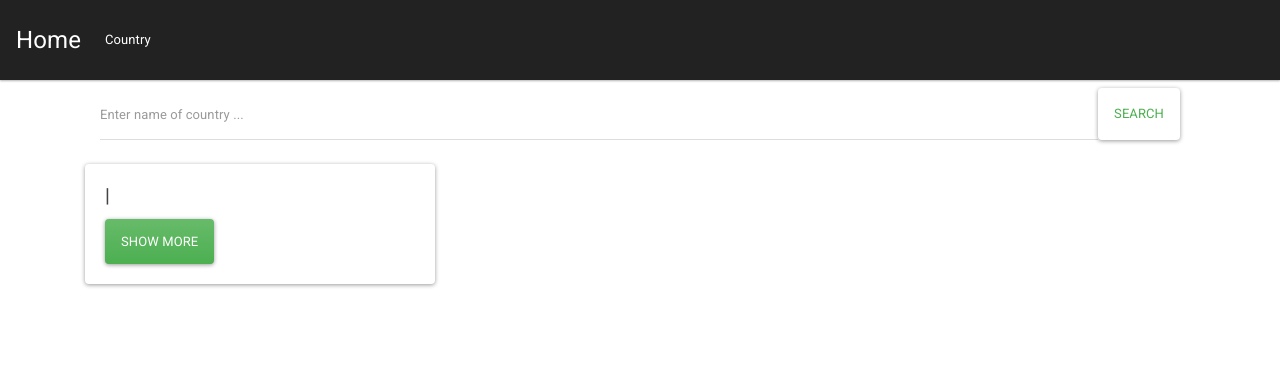
Repository: abdelhak-f/Countries_React
Page: / (app in client/)
The author's editor kept a copy of each file at every save. The page is drawn from the files as they stood at one save, then again after the next save.
The browser window is 1280 px wide. The pictures show the whole page.
The page's requests for data from a server got no answer. The project was rebuilt for these pictures with package versions that can differ from the ones it lists, and the page was loaded fresh each time. No one was signed in, and anything a server would have sent is missing. Also part of the build but not shown: client/src/components/countrys/ProfilCountry.jsx.

Above is the page before, as saved 2021-05-11 12:26:12.

### client/src/App.js
import  React from 'react';
import './App.css';
import Countries from  './components/AllCountries';
import  Navbar from './components/partials/Navbar';
import ProfileCountry from './components/countrys/ProfilCountry'
import { BrowserRouter as Router, Switch, Route} from 'react-router-dom';

function App() {
  return (
    <Router>
    <div className="App">
      <Navbar />
      <div className="container">
      <Switch>
       <Route exact path="/" component={Countries} />
       <Route path="/" component={ProfileCountry}/>
      {/* <ProfileCountry/>
      <Countries /> */}
    </Switch>
      </div>
    </div>
    </Router>
  );
}

export default App;

### client/src/components/AllCountries.jsx
import React, { Component } from 'react';
import  Country  from  './countrys/Country';
import SearchCountry from './countrys/SearchCountry';
import axios from 'axios';

class AllCountries extends Component  {

    constructor(props) {
        super(props)

        this.state = {
             countries: [
                 {

                 }
             ]
        }
    }
    getCountry = () => {
        axios.get(`https://restcountries.eu/rest/v2/all`)
                       .then(response => {
                           this.setState({
                            countries: response.data
                           })
                       })
    }
    componentDidMount() {
        this.getCountry()
    }
    searchCountry =( data) => {
         if(data != ''){
              axios.get(`https://restcountries.eu/rest/v2=${data}`)
              .then(response => {
                this.setState({
                  countries: response.data.items

                })
              })
         }
    }

  render() {
    return (
      <div>
          <div className="row   my-2">
              <div className="col-md-12">
       <SearchCountry getCountrySearch={this.searchCountry} />
              </div>
          </div>
          <div className="row">
        {this.state.countries.map (country => (
            <div className="col-md-4 mt-3 key={name.id}">
              <Country  country={country} />
               </div>
        ))}
        </div>
      </div>
    )
  }
}

export default AllCountries

### client/src/components/partials/Navbar.jsx
import React from 'react';
import { Link } from 'react-router-dom';

export default function Navbar() {
  return (
    <>
    <nav className="navbar navbar-expand-sm navbar-dark bg-dark">
        <Link className="navbar-brand" to="/">Home</Link>
        <button className="navbar-toggler d-lg-none" type="button" data-toggle="collapse" data-target="#collapsibleNavId" aria-controls="collapsibleNavId"
            aria-expanded="false" aria-label="Toggle navigation">
            <span className="navbar-toggler-icon"></span>
        </button>
        <div className="collapse navbar-collapse" id="collapsibleNavId">
            <ul className="navbar-nav mr-auto mt-2 mt-lg-0">
                <li className="nav-item active">
                    <a className="nav-link" href="#">Country <span className="sr-only">(current)</span></a>
                </li>
            </ul>

        </div>
    </nav>
    </>
  );
}

### client/src/components/countrys/Country.jsx
import React, { Component } from 'react';
import { Link } from 'react-router-dom';


  class Country extends Component{
    constructor(props) {
      super(props);
      this.state = {};
      console.log(props.data);
    }

  render() {
    return (
      <>
         <div className="card">
                   <img className="card-img-top" src= {this.props.country.flag}  alt="" />
                   <div className="card-body">
                   <h4 className="card-title">{this.props.country.alpha2Code} | {this.props.country.alpha3Code}</h4>
                       <p className="card-text">

                           <Link to={'/ProfilCountry/' +this.props.country.name} className="btn btn-success">show more</Link>

                           {/* <a href={this.props.country.regionalBlocs} className="btn btn-success ">profile</a> */}
                       </p>
                   </div>
                   </div>
      </>
    )
    }
  }


export default Country ;

### client/src/components/countrys/SearchCountry.jsx
// import React, { Component } from 'react'

// class SearchCountry extends Component {
//     state = {
//         search : ''
//     }
//     handleForm  = (e) => {
//         this.setState({
//             search:e.target.value
//         })
//     }

//     searchCountries= (e) => {
//         e.preventDefault();
//         this.props.getCountrySearch(this.state.search)
//     }
//   render() {
//       const {search} = this.state;
//     return (

//         <form onSubmit={this.searchCountries}>
//             <div className="form-group ">
//                 <input onChange={this.handleForm} value={search} placeholder='Search countries ...' id="search" type="text" className="form-control"/>
//                 </div>
//                 {/* {search} */}
//                 <button className="btn btn-danger">Search</button>
//         </form>

//     )
//   }
// }

// export default SearchCountry

/* eslint-disable array-callback-return */
/* eslint-disable react-hooks/exhaustive-deps */

import { Link } from 'react-router-dom';
import React, { useState, useEffect } from 'react';

const Codes = ({ alpha3Code, alpha2Code, flag, name}) => {

    const [Data, setData] = useState([])
    const [input, setInput] = useState('')
    const [output, setOutput] = useState([])

    // get data
    useEffect(() => {
        fetch('https://restcountries.eu/rest/v2/all')
            .then(res => res.json())
            .then(data => setData(data));
    }, [])

    // filter data

    useEffect(() => {
        setOutput([])
        Data.filter(val => {
            if (val.alpha3Code.toUpperCase().includes(input.toUpperCase())) {
                setOutput(output => [...output, val])
            }
        })

    }, [input]);

    return (
        <div>
            <div className="container">
                <form className="d-flex">
                    <input onChange={e => setInput(e.target.value)} className="form-control me-2" type="search" placeholder="Enter name of country ..." aria-label="Search" />
                    <button className="btn btn-outline-success" type="submit">Search</button>
                </form>
            </div>

            <div className="container countries">
                {Codes && output.map((res, index) => (
                    <>
                        <div key={index} className='country'>
                            <div className="country-image">
                                <img src={res.flag} alt="flag" />
                            </div>
                             <div className='country-detail'>
                                <p>{res.alpha3Code} </p>
                                <p>{res.alpha2Code}</p>
                                <Link to={`/ShowCoun/${res.name}`}>
                                    <button className="btn btn-primary">show more</button>
                                </Link>

                            </div>
                        </div>
                    </>
                ))}
            </div>
        </div>
    );
}

export default Codes;

Loaded but not shown: client/public/index.html (common file); client/src/index.js (common file); client/src/App.css (library)

After the next save:
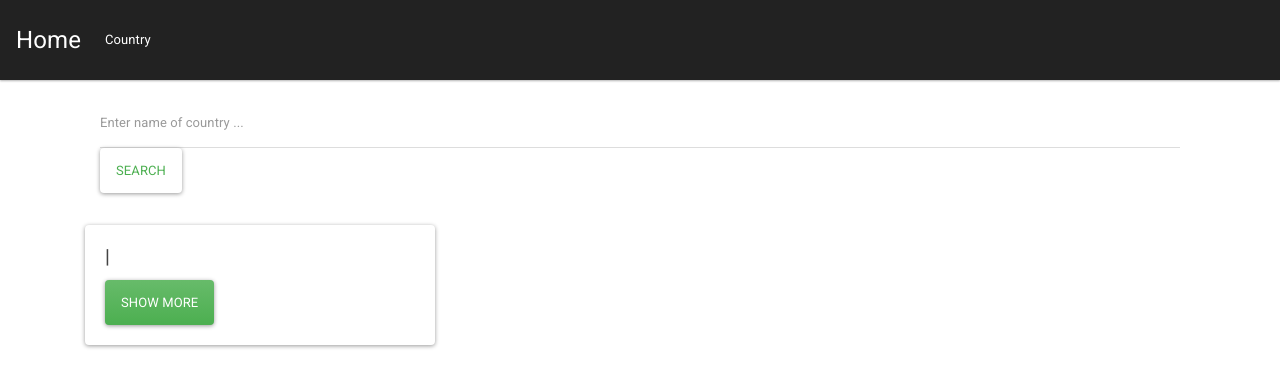
Saved 33 s later.
--- a/client/src/components/countrys/SearchCountry.jsx
+++ b/client/src/components/countrys/SearchCountry.jsx
@@ -66,7 +66,7 @@
     return (
         <div>
             <div className="container">
-                <form className="d-flex">
+                <form className="my-2">
                     <input onChange={e => setInput(e.target.value)} className="form-control me-2" type="search" placeholder="Enter name of country ..." aria-label="Search" />
                     <button className="btn btn-outline-success" type="submit">Search</button>
                 </form>

After the save that followed:
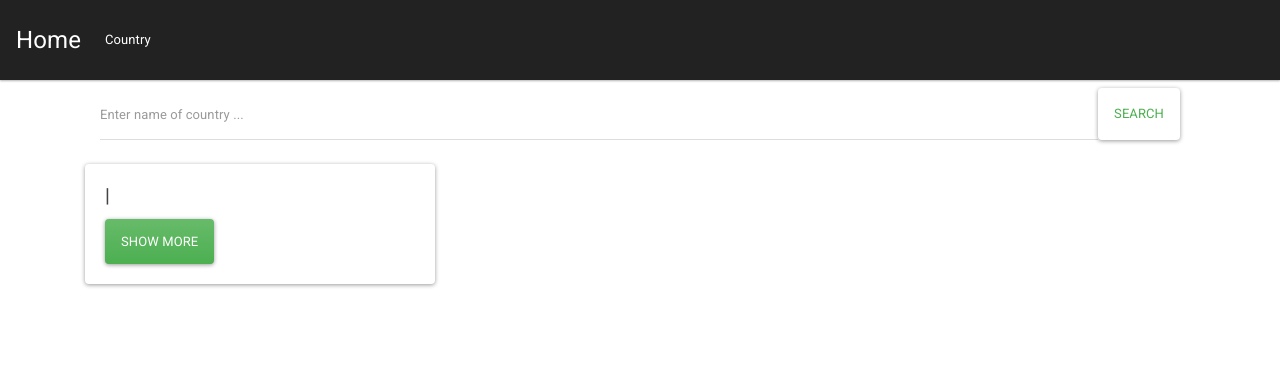
Saved 21 s later.
--- a/client/src/components/countrys/SearchCountry.jsx
+++ b/client/src/components/countrys/SearchCountry.jsx
@@ -66,7 +66,7 @@
     return (
         <div>
             <div className="container">
-                <form className="my-2">
+                <form className="d-flex ">
                     <input onChange={e => setInput(e.target.value)} className="form-control me-2" type="search" placeholder="Enter name of country ..." aria-label="Search" />
                     <button className="btn btn-outline-success" type="submit">Search</button>
                 </form>
